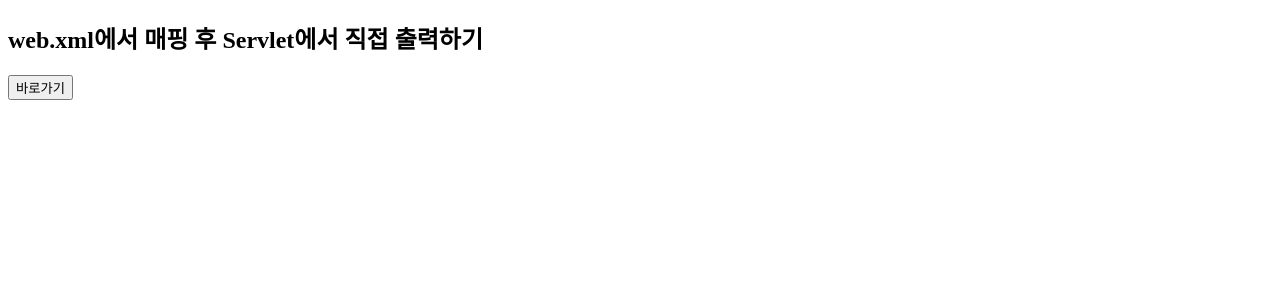
Repository: ssing365/JSPStudy
Page: http://localhost/JSPServlet/12Servlet/DirectServletPrint.jsp
The author's editor kept a copy of each file at every save. The page is drawn from the files as they stood at one save, then again after the next save.
The browser window is 1280 px wide. The pictures show the whole page.
The page is served by Tomcat 10.

Above is the page before, as saved 2024-11-07 06:53:14.

After the next save:
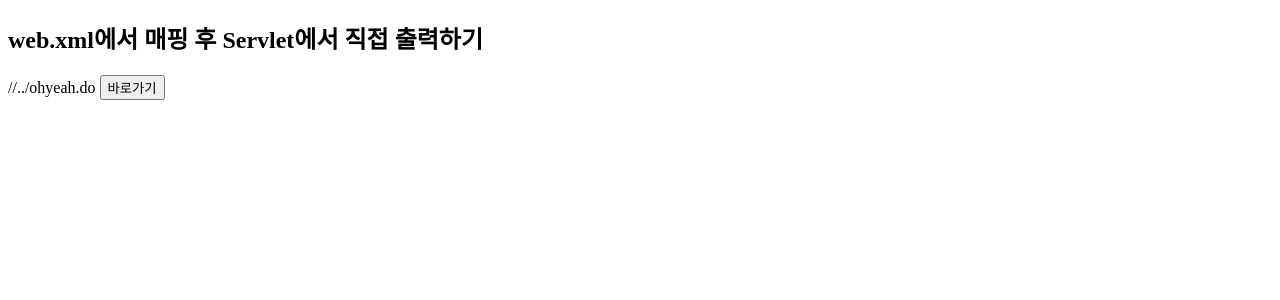
Saved 4 min 34 s later.
--- a/JSPServlet/src/main/webapp/12Servlet/DirectServletPrint.jsp
+++ b/JSPServlet/src/main/webapp/12Servlet/DirectServletPrint.jsp
@@ -8,7 +8,7 @@
 </head>
 <body>
 	<h2>web.xml에서 매핑 후 Servlet에서 직접 출력하기</h2>
-	<form method="post" action="../ohyeah.do">
+	<form method="post" action="../12Servlet/DirectServletPrint.do"> //../ohyeah.do
 		<input type="submit" value="바로가기" />
 	</form>
 </body>

After the 2 saves that followed:
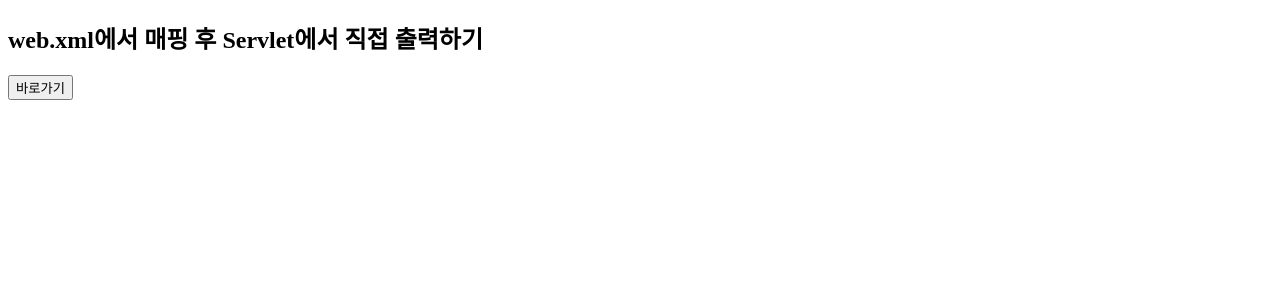
The 2 saves are shown as one change because 1 left the picture as it was.
The last was saved 49 s later.
--- a/JSPServlet/src/main/webapp/12Servlet/DirectServletPrint.jsp
+++ b/JSPServlet/src/main/webapp/12Servlet/DirectServletPrint.jsp
@@ -8,7 +8,7 @@
 </head>
 <body>
 	<h2>web.xml에서 매핑 후 Servlet에서 직접 출력하기</h2>
-	<form method="post" action="../12Servlet/DirectServletPrint.do"> //../ohyeah.do
+	<form method="post" action="./12Servlet/DirectServletPrint.do"> <!-- ../ohyeah.do -->
 		<input type="submit" value="바로가기" />
 	</form>
 </body>
